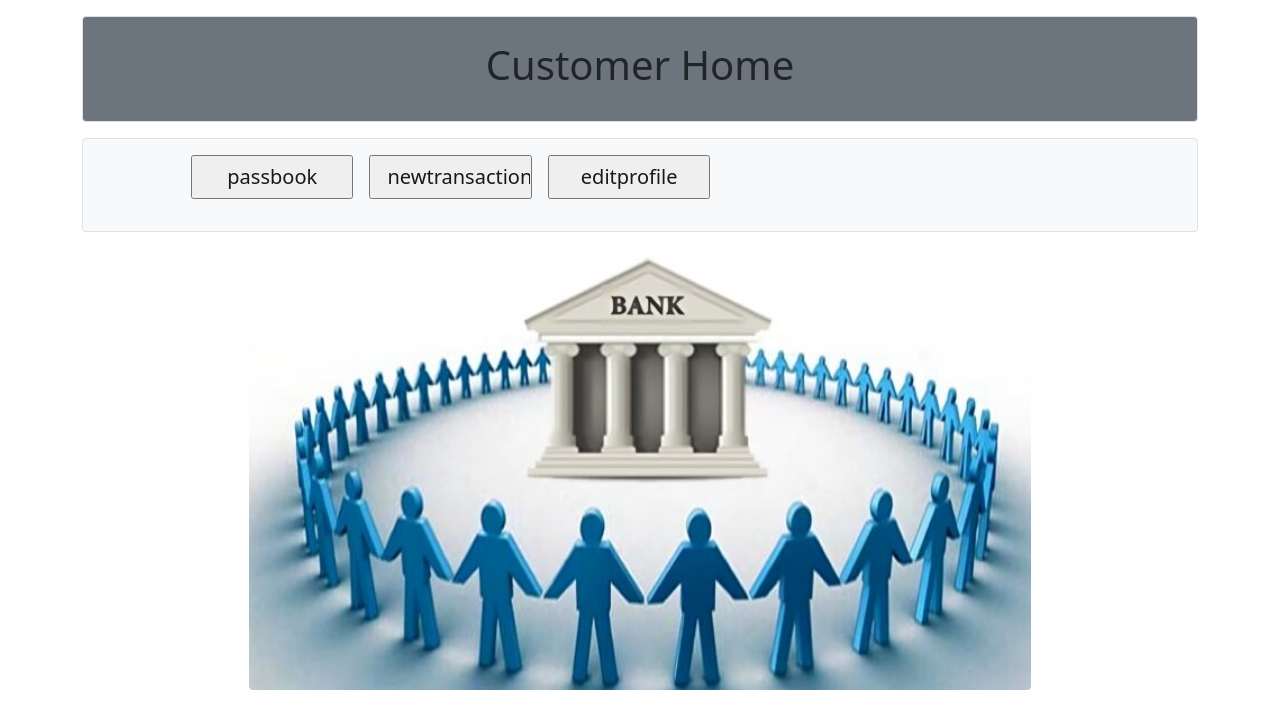
Repository: shivamaninalla/Bank-Application-JSP
Page: http://localhost/10-BankApplication/cust-home.jsp
The author's editor kept a copy of each file at every save. The page is drawn from the files as they stood at one save, then again after the next save.
The browser window is 1280 px wide. The pictures show the whole page.
The page is served by Tomcat 9.

Above is the page before, as saved 2024-07-20 12:03:45.

After the next save:
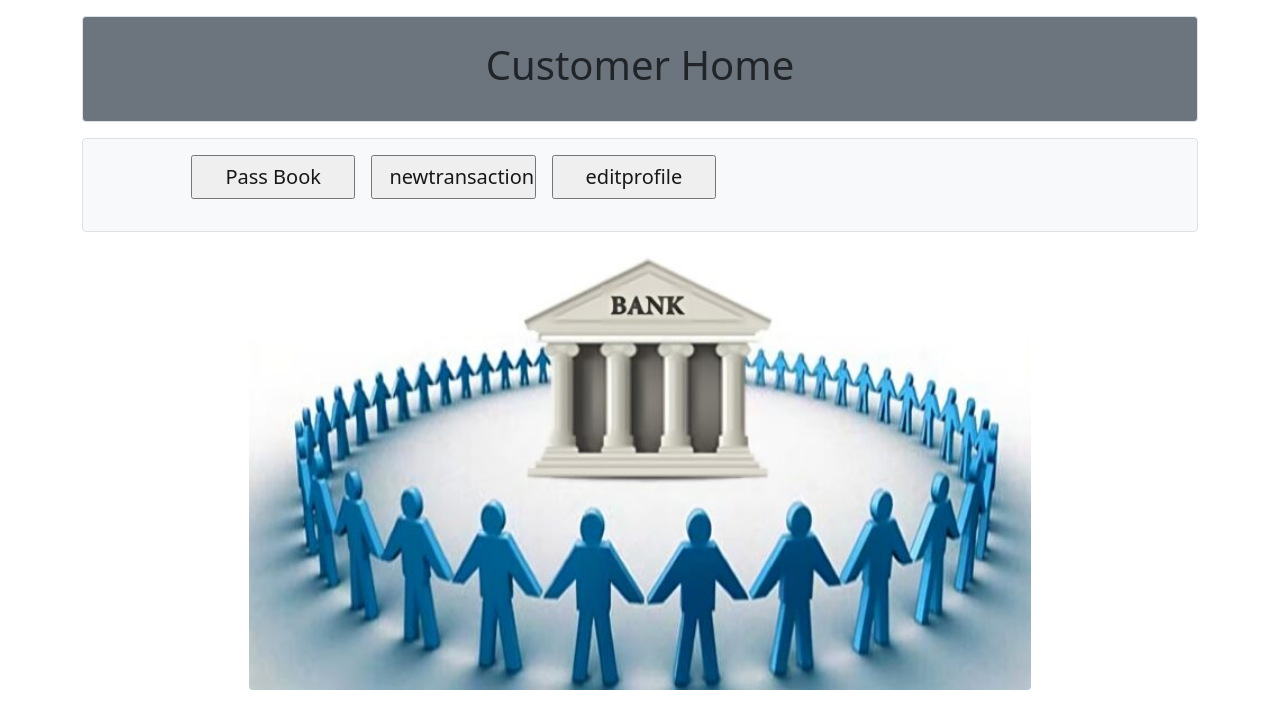
Saved 18 s later.
--- a/10-BankApplication/WebContent/cust-home.jsp
+++ b/10-BankApplication/WebContent/cust-home.jsp
@@ -29,7 +29,7 @@
 				<nav class="navbar navbar-expand-lg bg-body-tertiary px-5">
 					<div class="container-fluid">
 						<input type="submit" name="TransactionController"
-							value="passbook" class="navbar-brand nav-link col-4" />
+							value="Pass Book" class="navbar-brand nav-link col-4" />
 						<input type="submit" name="TransactionController"
 							value="newtransaction" class="navbar-brand nav-link col-4" />
 						<input type="submit" name="TransactionController" value="editprofile"
